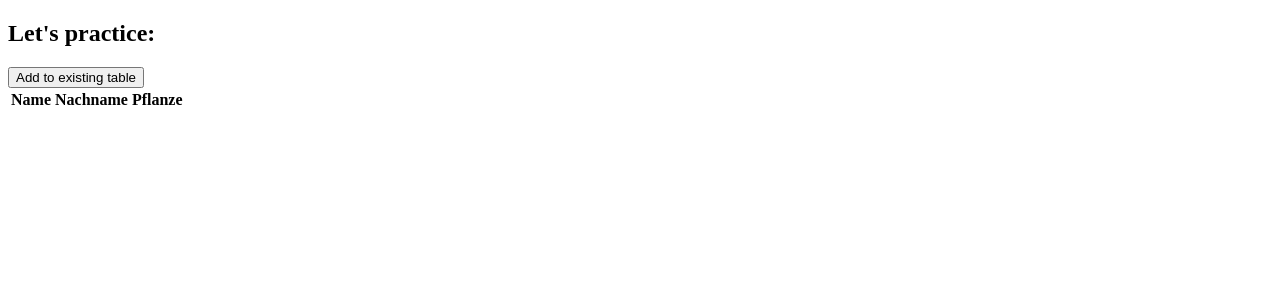
Repository: Carlson43/PlantsForFriends
Page: Tests/Datenverbindung/Aufgabe1.html
These files come from the project's save history. The page is drawn as it stood at one moment and after the next save; the edit follows.
The browser window is 1280 px wide. The pictures show the whole page.
The page's requests for data from a server got no answer. Some web libraries are served in a nearby version.

Above is the page before, as saved 2021-12-23 20:12:04.

After the next save:
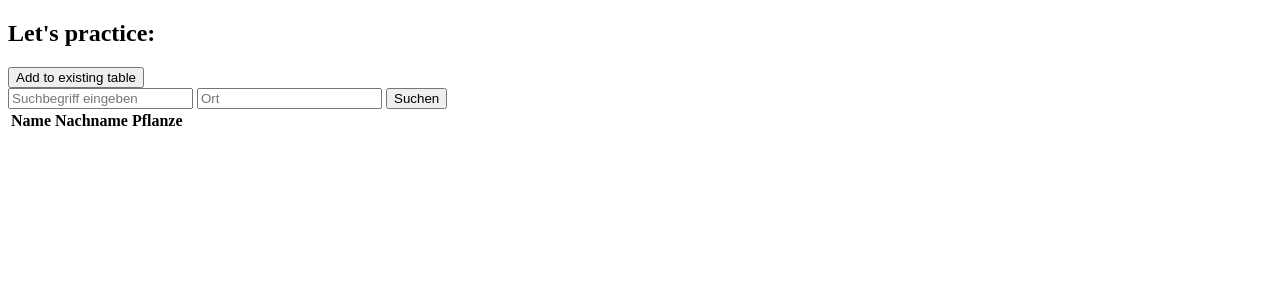
Saved 72 s later.
--- a/Tests/Datenverbindung/Aufgabe1.html
+++ b/Tests/Datenverbindung/Aufgabe1.html
@@ -14,6 +14,13 @@
       Let's practice:
   </h2>
   <div><button onclick= "addTable();">Add to existing table</button></div>
+  <div class="container-md">
+    <div class="input-group">
+      <input type="text" placeholder="Suchbegriff eingeben" aria-label="search_term" id="search_term" class="form-control">
+      <input type="text" placeholder="Ort" aria-label="search_loc" id="search_loc" class="form-control">
+      <button onclick= "search_and_display();" class="btn btn-success" type="button" id="search_btn">Suchen</button>
+    </div>
+</div>
 
   <table id="heroesTable">
     <thead>
@@ -42,7 +49,7 @@
 {
     var nam = String($("#search_term").val())
     var data = []
-    var nul = "Lillie"
+    var nul = []
     $.get("https://webtechlecture.appspot.com/cloudstore/listobjects?owner=s201655&token=dMinmYeldeDsBbu0iiEIPGTPws0_",function(response)
     {
 
